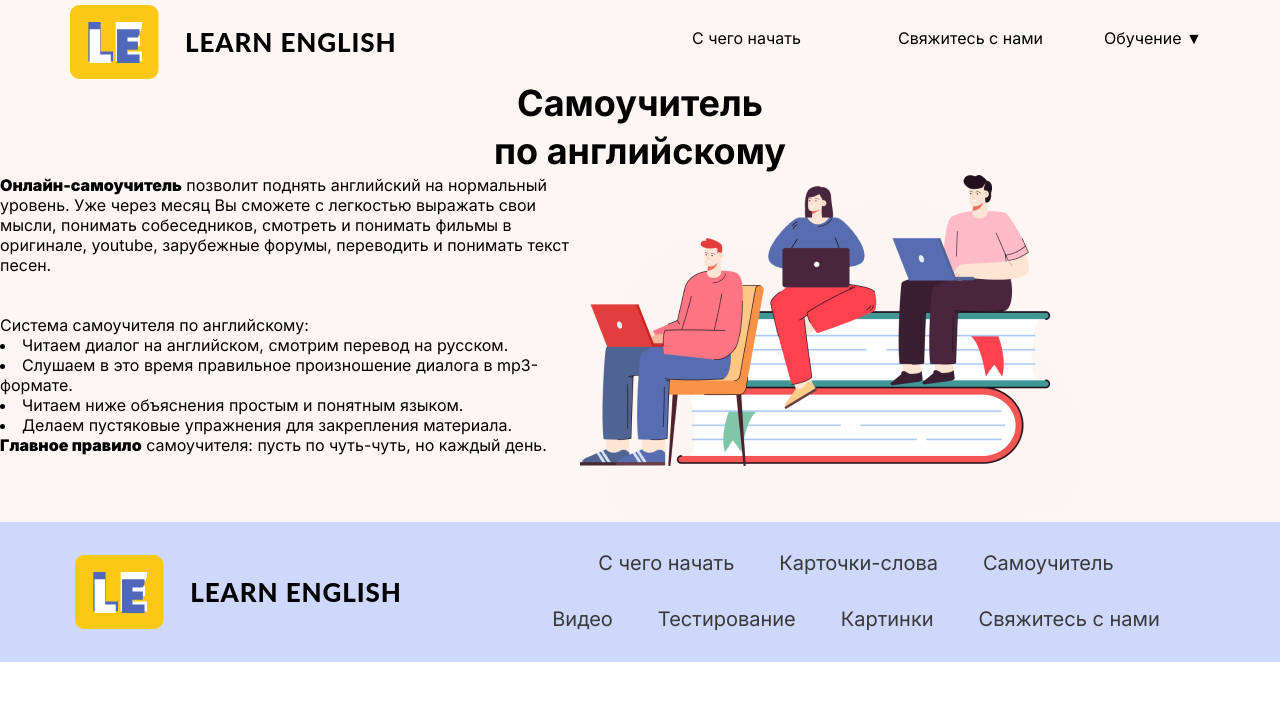
Repository: WladimirVA/Diplom
Page: scool/lesson.html
An editor plug-in stored every save of this project. The page is shown before and after the next save, followed by the edit.
The browser window is 1280 px wide. The pictures show the whole page.

Above is the page before, as saved 2023-07-19 16:13:44.

After the next save:
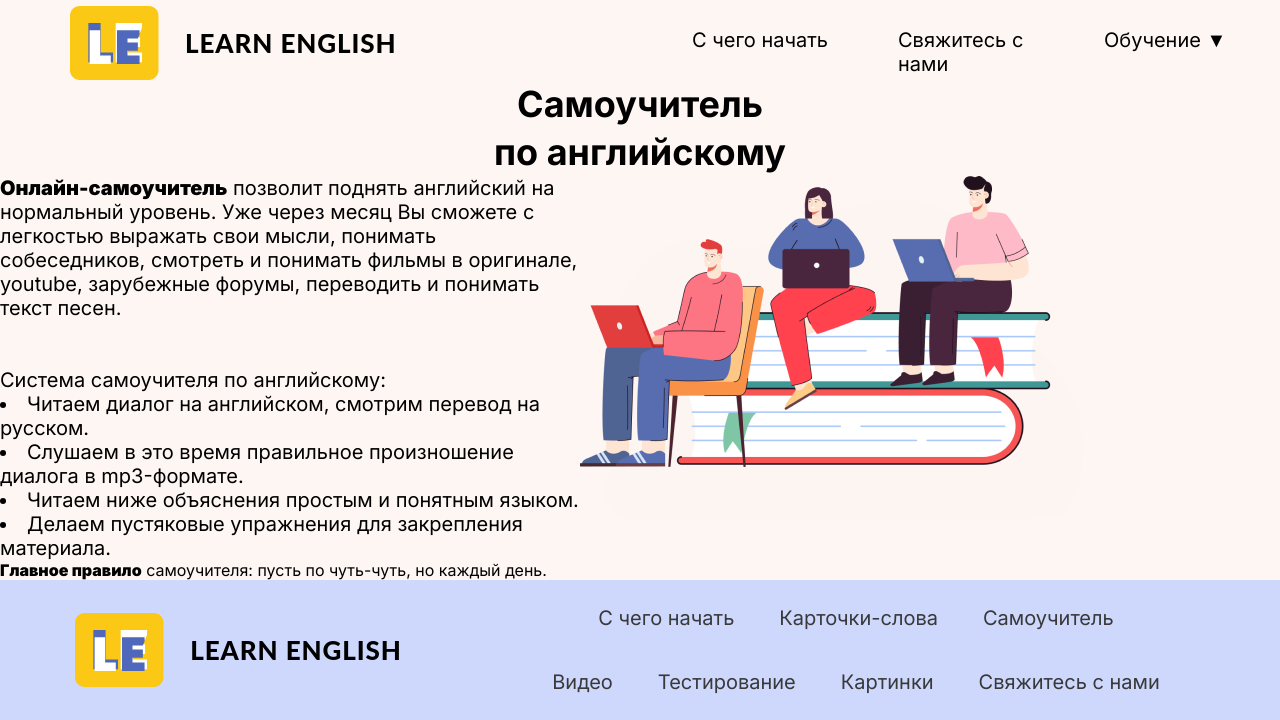
Saved 22 s later.
--- a/scool/css/lesson.css
+++ b/scool/css/lesson.css
@@ -20,20 +20,20 @@
     max-width: 580px;
 }
 
-.tutorial-inf p li {
+.tutorial-inf p, li {
     font-family: Inter;
-font-size: 20px;
-font-weight: 600;
-line-height: 24px;
-letter-spacing: 0em;
-text-align: left;
+    font-size: 20px;
+    font-weight: 600;
+    line-height: 24px;
+    letter-spacing: 0em;
+    text-align: left;
 
-font-family: Inter;
-font-size: 20px;
-font-weight: 400;
-line-height: 24px;
-letter-spacing: 0em;
-text-align: left;
-color: rgba(0, 0, 0, 1);
+    font-family: Inter;
+    font-size: 20px;
+    font-weight: 400;
+    line-height: 24px;
+    letter-spacing: 0em;
+    text-align: left;
+    color: rgba(0, 0, 0, 1);
 
 }
